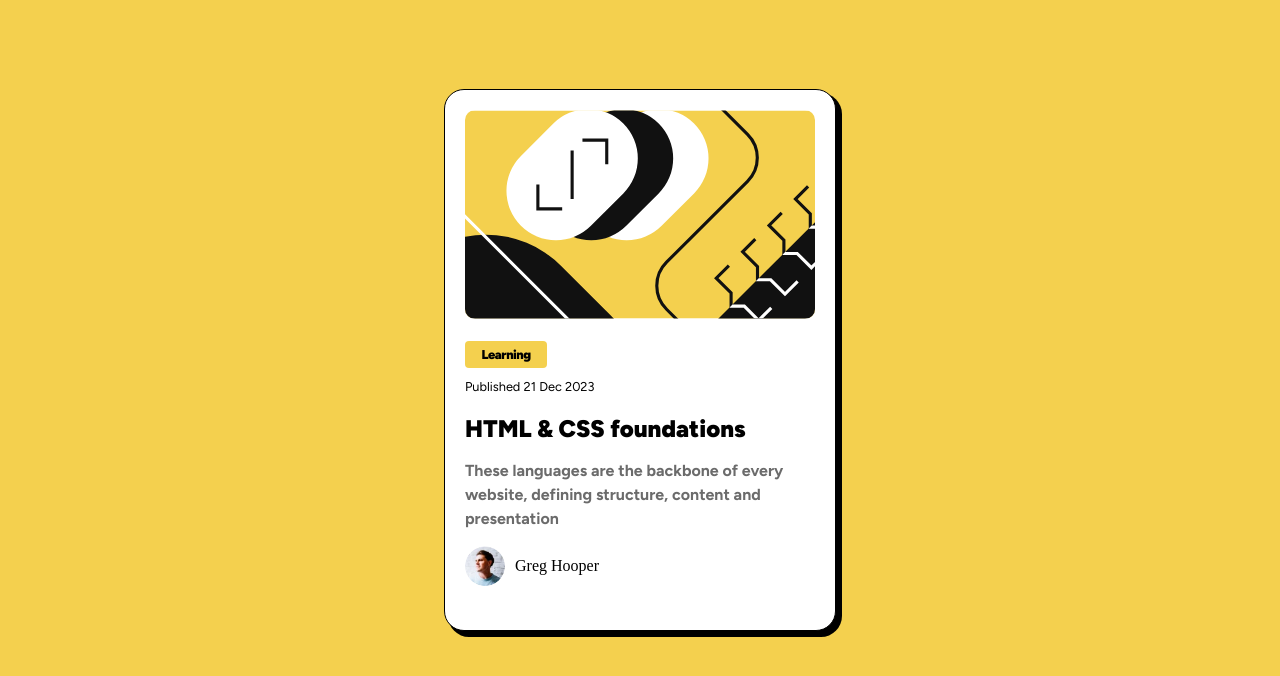
Repository: brandontaylor1/blogpreviewcard
Page: index.html
The author's editor kept a copy of each file at every save. The page is drawn from the files as they stood at one save, then again after the next save.
The browser window is 1280 px wide. The pictures show the whole page.

Above is the page before, as saved 2024-12-25 12:21:07.

After the next save:
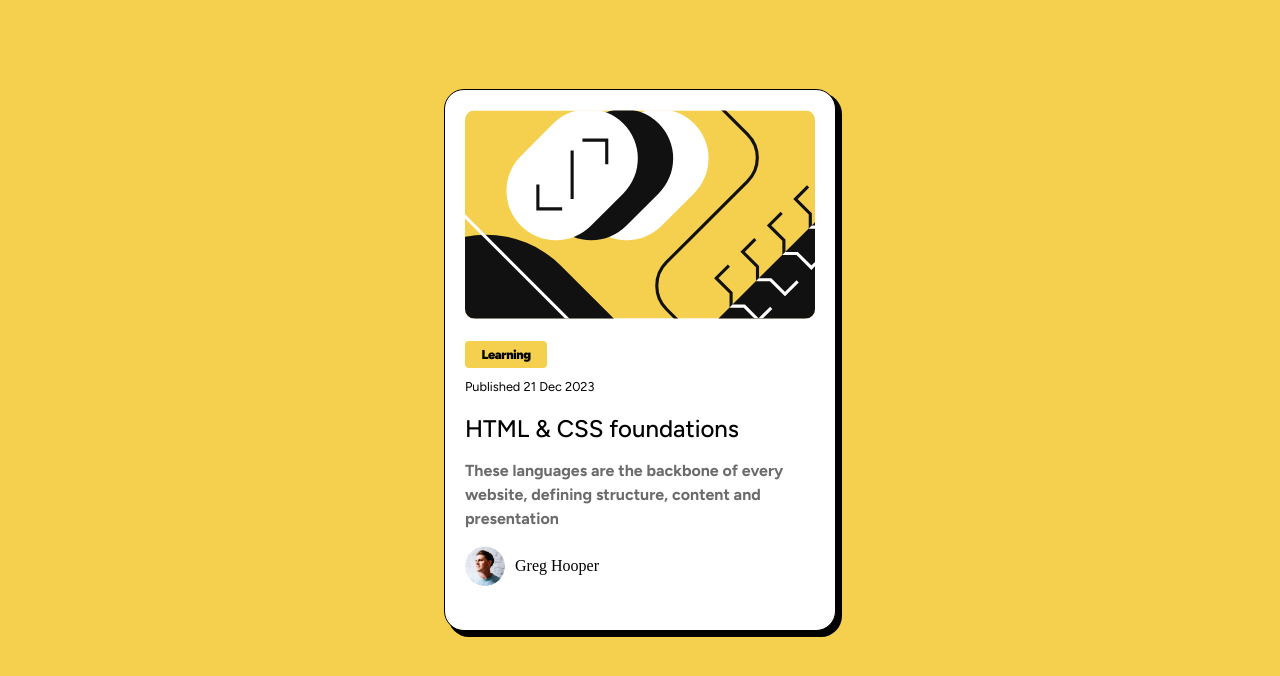
Saved 10 s later.
--- a/index.css
+++ b/index.css
@@ -93,7 +93,7 @@ body {
 .card-content-text h2 {
     font-size: 1.5rem;
     font-family: var(--main-font-bold-url);
-    font-weight: var(--main-font-weight-bold);
+    font-weight: var(--main-font-weight-reg);
     margin-bottom: 10px;
     transition: color 0.3s ease;
 }
